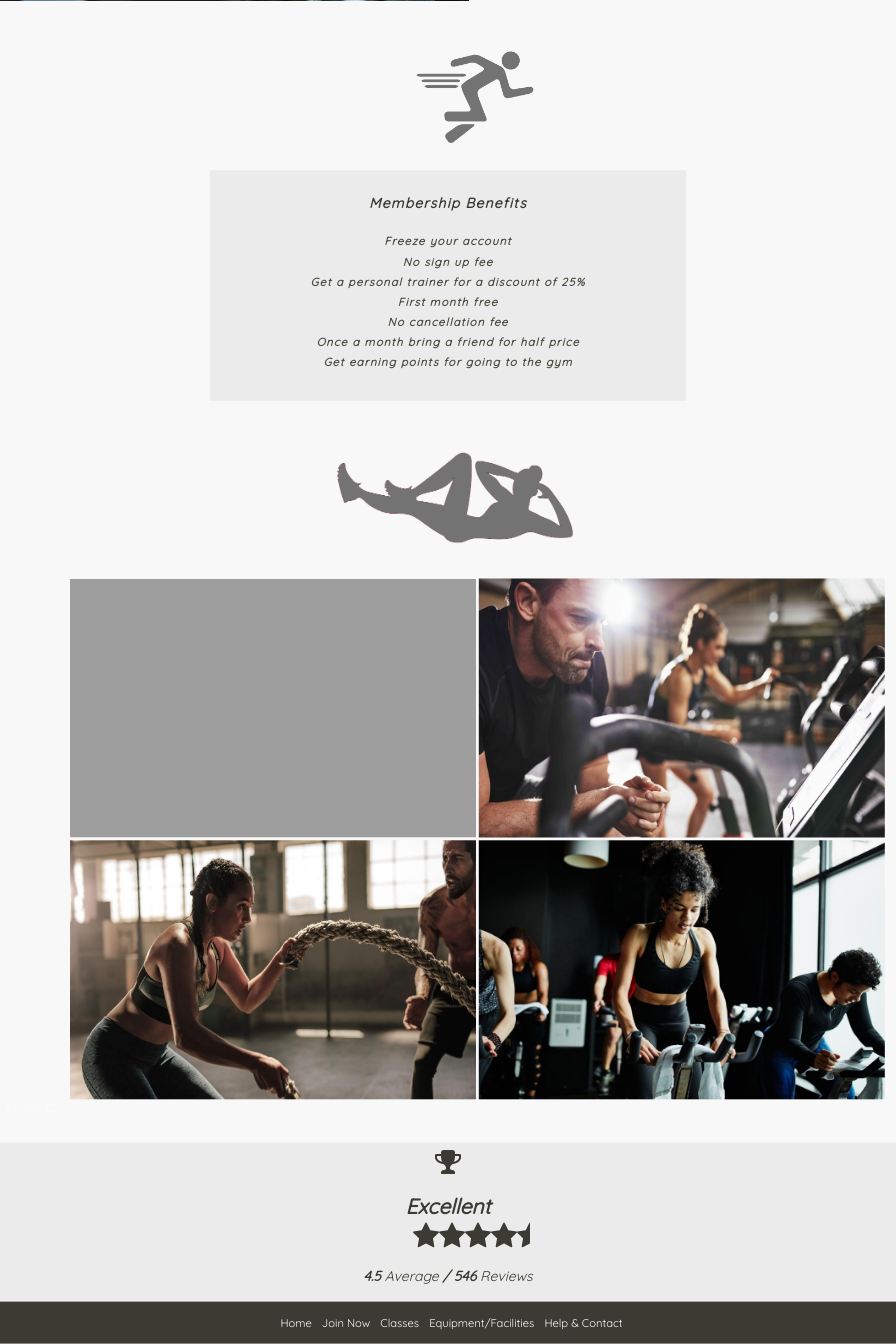
Repository: RicardoAzuul/the_fitness_hub
Page: index.html
The author's editor kept a record of every edit. The page is drawn from the files as they stood at one moment, then again after the next edit.
The browser window is 1280 px wide. The pictures show the part of the page from y = 2639 to 4559 px (the page is 4559 px tall before and 4541 px after), at 70% of full size.
Pictures or frames that could not be fetched are drawn as grey boxes. Some web fonts or font styles are not loaded; a fallback is used.

Above is the page before.

After the next edit:
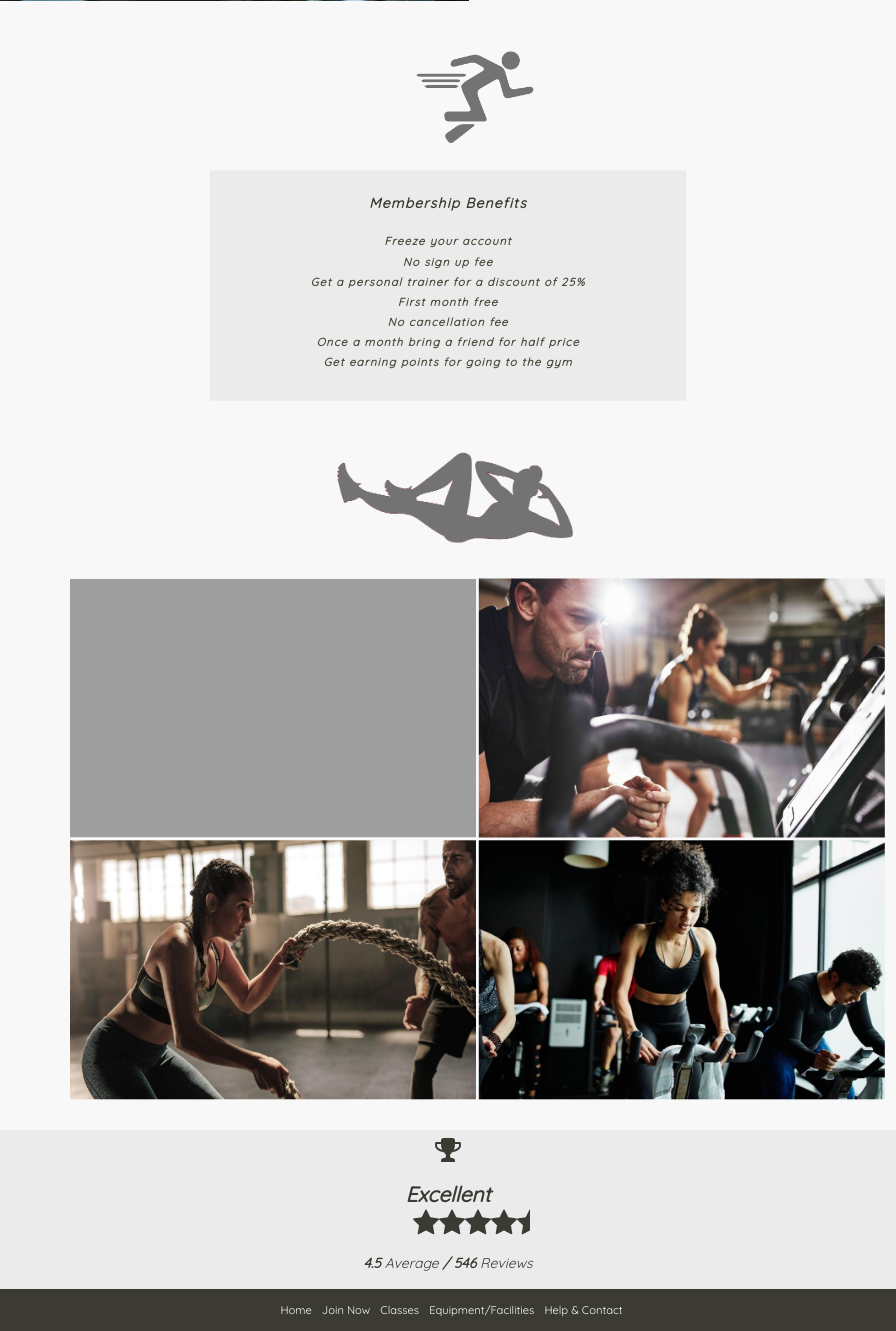
The edit:
--- a/index.html
+++ b/index.html
@@ -103,9 +103,7 @@
         <img src="images/rope_training.jpg" alt="Personal Training session" class="rope">
         <img src="images/cycle_class.jpg" alt="Spin class" class="spin">
         </section>
-           <a href=""><i class="fa fa-facebook-square"></i></a>
-           <a href=""><i class="fa fa-instagram"></i></a>
-           <a href=""><i class="fa fa-twitter-square"></i></a>
+
 
         <section class="ratings">
         <div class="trophy">
